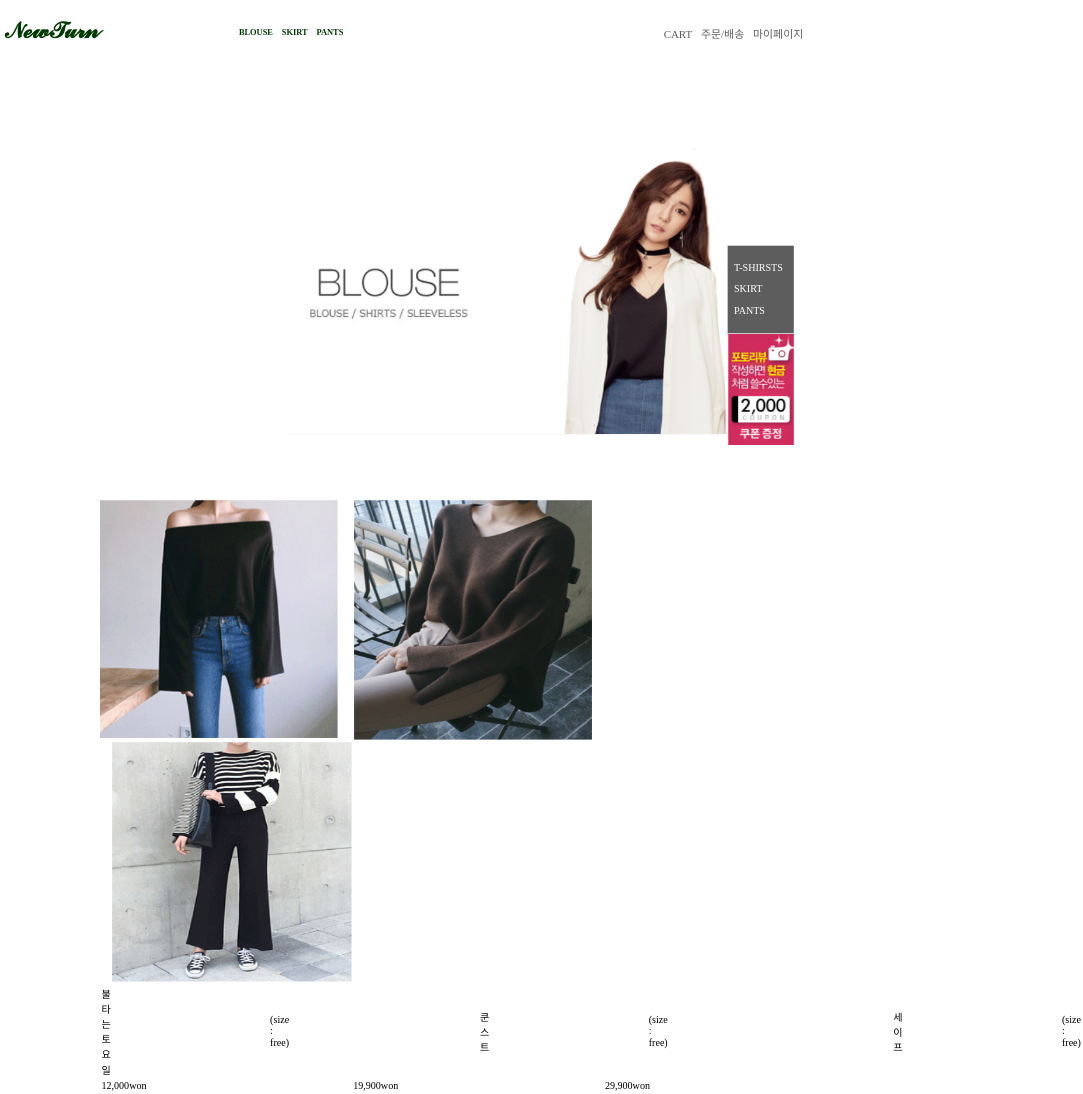
Repository: won0108/Port-Folio
Page: Creating_Homepage/Shopping/WebContent/top.html
An editor plug-in stored every save of this project. The page is shown before and after the next save, followed by the edit.
The browser window is 1280 px wide. The page is 1719 px wide, then 1699 px, so the pictures cover 1719 px, including what lies to the right of the window. The pictures show the whole page, at 63% of full size.

Above is the page before, as saved 2020-12-03 08:02:24.

### Creating_Homepage/Shopping/WebContent/top.html
<!DOCTYPE html>
<html>
<head>  <!--웹페이지에 대한 정보를 제공한다.-->
 <title> New Turn </title>  <!--탭에 New Turn을 나타낸다.-->
<style>

 	@font-face{
 	font-family:"My Font";
 	src: url("fontstyle/ENCOSCPT.TTF");
	}
 	h1{
   	color:#003900;
   	position:fixed;
   	top: 0px;
   	left:10px;
   	font-family:"My Font", serif;
   	font-size: 30pt;
   	}
	#infor{
	position:fixed;
	top:40px; right:0px;
	}
	#infor a{
	text-decoration:none;
	color:#5D5D5D;
	font-size:13pt;
	display: inline;
	padding :5px;
	}
	#infor a:hover{
	tex-decoration:underline;
	color: black;
	text-weight:bold;
	}
	#categ{
	position:fixed;
	top:25px; right:730px;
	}
	#categ ul li{
	display: inline;
	}
	#categ ul li a{
	text-decoration:none;
	color:#003900;
	font-size:10pt;
	font-weight:bold;
	text-transform:uppercase;
	padding :5px;
	}
	#categ ul li a:hover{
	tex-decoration:underline; color: black;
	}
	#main{
   	position:relative;
   	top: 300px; margin-left:150px;
   }
</style>
</head>
<body>
	<h1> NewTurn </h1>
	<div id="infor">
		<a href="">CART</a>
		<a href="">주문/배송</a>
		<a href="마이페이지.html">마이페이지</a>
	</div>
	<div id="categ">
		<ul>
			<li><a href="top.html">BLOUSE</a></li>
			<li><a href="skirt.html">SKIRT</a></li>
			<li><a href="pants.html">PANTS</a></li>
		</ul>
	</div>
	<img style="position:relative; top: 200px; left:450px;" src="images/티파니.PNG"><br>
	<div id="main">
			<img src="images/티셔츠1.PNG" width="380" height="380">
			<img src="images/티셔츠2.PNG" width="380" height="380" style="padding-left:20px;">
			<img src="images/티셔츠3.PNG" width="380" height="380" style="padding-left:20px;">
			<table>
				<tr>
					<td>불타는 토요일</td>
					<td style="padding-left:250px;">(size : free)</td>
					<td style="padding-left: 300px;">쿤스트</td>
					<td style="padding-left:250px;">(size : free)</td>
					<td style="padding-left: 355px;">세이프</td>
					<td style="padding-left:250px;">(size : free)</td>


			    </tr>
			</table>

		<table>
			<tr>
		    	<td>12,000won</td>
		    	<td style="padding-left: 325px;">19,900won</td>
		    	<td style="padding-left: 325px;">29,900won</td>
		    </tr>
		</table>
		</div>

<div style="background-color:#5D5D5D;
width:85px; height:120px; right:20px; bottom:190px;
color:white; display:block; position:fixed; padding:10px;">
<p>T-SHIRSTS</p>
<p>SKIRT</p>
<p>PANTS</p>
</div>
<div style=" display:block; position:fixed; right:20px; bottom:10px;">
<img src="쿠폰.png"></div>

</body>
</html>

After the next save:
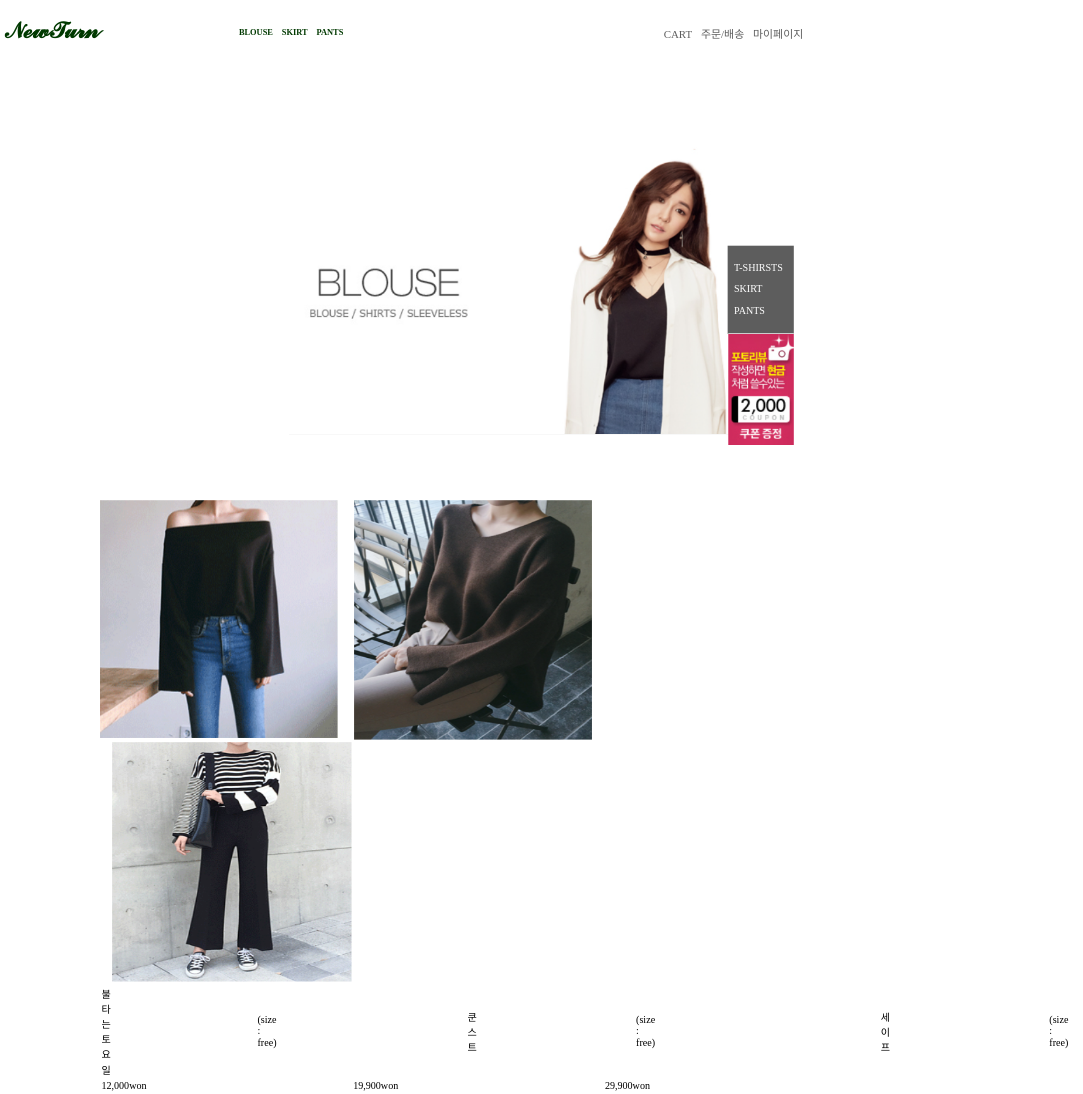
Saved 12 s later.
--- a/Creating_Homepage/Shopping/WebContent/top.html
+++ b/Creating_Homepage/Shopping/WebContent/top.html
@@ -78,7 +78,7 @@
 			<table>
 				<tr>
 					<td>불타는 토요일</td>
-					<td style="padding-left:250px;">(size : free)</td>
+					<td style="padding-left:230px;">(size : free)</td>
 					<td style="padding-left: 300px;">쿤스트</td>
 					<td style="padding-left:250px;">(size : free)</td>
 					<td style="padding-left: 355px;">세이프</td>
